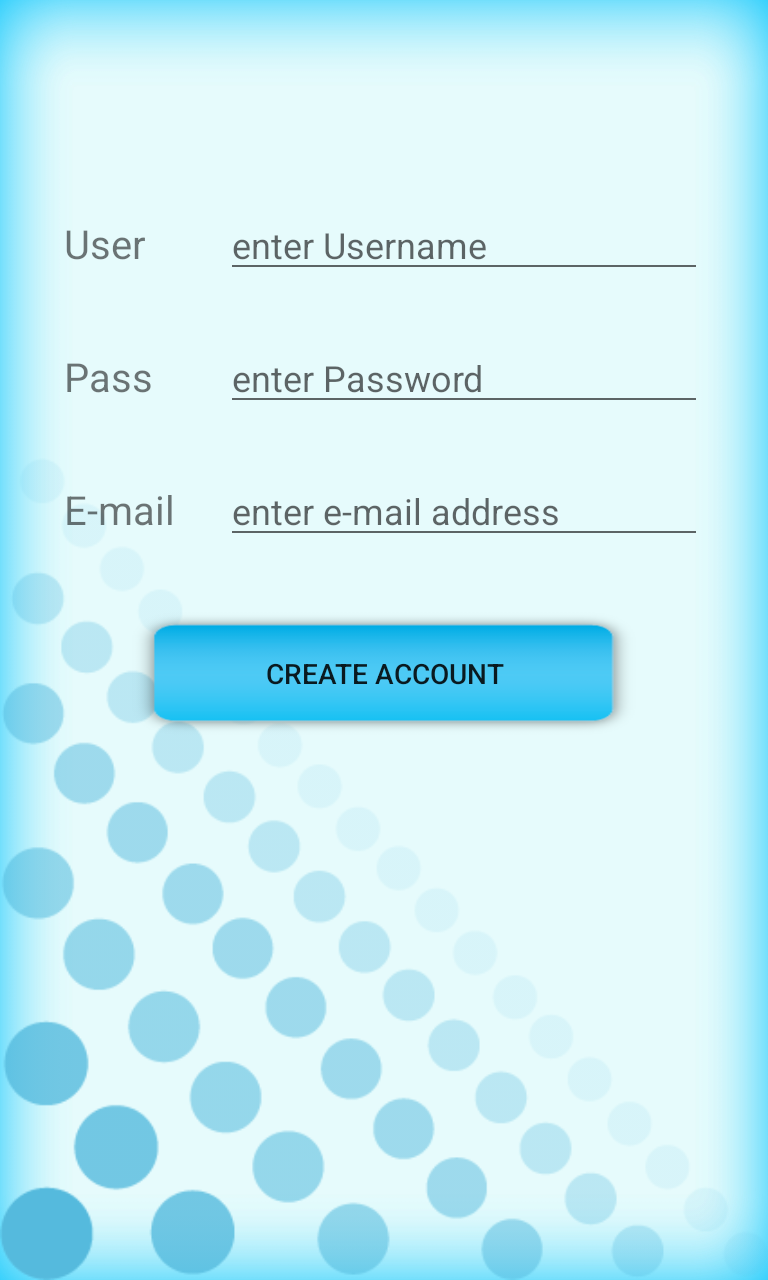
Repository: frebblegameteam/FrebbleApp
Layout: Frebble/res/layout/activity_sign_up.xml
The author's editor kept a copy of each file at every save. The layout is drawn from the files as they stood at one save, then again after the next save.
It is drawn on a 768 x 1280 px phone screen (xhdpi) without system bars, with theme FrebbleABTheme; the app's code is not run.

Above is the layout before, as saved 2014-10-09 13:15:40.

### Frebble/res/layout/activity_sign_up.xml
<RelativeLayout xmlns:android="http://schemas.android.com/apk/res/android"
    xmlns:tools="http://schemas.android.com/tools"
    android:layout_width="match_parent"
    android:layout_height="match_parent"
    android:background="@drawable/background" >

    <ImageView
        android:id="@+id/imageView1"
        android:layout_width="wrap_content"
        android:layout_height="wrap_content"
        android:layout_alignParentBottom="true"
        android:layout_alignParentLeft="true"
        android:adjustViewBounds="true"
        android:src="@drawable/balletjes" />

    <RelativeLayout
        android:layout_width="wrap_content"
        android:layout_height="wrap_content"
        android:paddingLeft="@dimen/activity_horizontal_margin"
        android:paddingRight="@dimen/activity_horizontal_margin"
        tools:context="com.hollandhaptics.frebble.SignUpActivity" >

	<LinearLayout
        android:id="@+id/L00"
        android:layout_width="match_parent"
        android:layout_height="wrap_content"
        android:layout_marginTop="100dp"
        android:orientation="horizontal">

        <TextView android:layout_width="0dp"
       		android:layout_weight="1"
        	android:layout_height="wrap_content"
        	android:textSize="20sp"
        	android:text="@string/User"/>

        <EditText android:id="@+id/userField"
    	    android:layout_width="0dp"
        	android:layout_weight="3"
        	android:layout_height="wrap_content"
        	android:hint="@string/userHint"/>
        </LinearLayout>

        <LinearLayout android:id="@+id/L01"
        android:layout_width="match_parent"
        android:layout_height="wrap_content"
        android:layout_below="@id/L00"
        android:layout_marginTop="25dp"
        android:orientation="horizontal">

        <TextView android:layout_width="0dp"
            android:layout_weight="1"
        	android:layout_height="wrap_content"
        	android:textSize="20sp"
        	android:text="@string/Password"/>

        <EditText android:id="@+id/passwordField"
            android:inputType="textPassword"
            android:layout_width="0dp"
        	android:layout_weight="3"
        	android:layout_height="wrap_content"
        	android:hint="@string/passwordHint"/>
        </LinearLayout>

        <LinearLayout android:id="@+id/L02"
        android:layout_width="match_parent"
        android:layout_height="wrap_content"
        android:layout_below="@id/L01"
        android:layout_marginTop="25dp"
        android:orientation="horizontal">

        <TextView android:layout_width="0dp"
            android:layout_weight="1"
        	android:layout_height="wrap_content"
        	android:textSize="20sp"
        	android:text="@string/Email"/>

        <EditText android:id="@+id/emailField"
            android:inputType="textEmailAddress"
            android:layout_width="0dp"
        	android:layout_weight="3"
        	android:layout_height="wrap_content"
        	android:hint="@string/emailHint"/>
        </LinearLayout>

        <Button
            android:id="@+id/createAccButton"
            android:layout_width="256dp"
            android:layout_height="64dp"
            android:layout_below="@id/L02"
            android:layout_centerHorizontal="true"
            android:layout_marginTop="30dp"
            android:background="@drawable/button"
            android:text="@string/createAccText" />

	</RelativeLayout>



</RelativeLayout>

### Frebble/res/values/styles.xml
<resources xmlns:android="http://schemas.android.com/apk/res/android">

    <!--
        Base application theme, dependent on API level. This theme is replaced
        by AppBaseTheme from res/values-vXX/styles.xml on newer devices.
    -->
    <style name="AppBaseTheme" parent="Theme.AppCompat.Light">
        <!--
            Theme customizations available in newer API levels can go in
            res/values-vXX/styles.xml, while customizations related to
            backward-compatibility can go here.
        -->
    </style>

    <!-- Application theme. -->
    <style name="AppTheme" parent="AppBaseTheme">
        <!-- All customizations that are NOT specific to a particular API-level can go here. -->
    </style>

    <style name="FrebbleABTheme"
        parent="Theme.AppCompat.Light">
        <item name="android:actionBarStyle">@style/frebbleABStyle </item>
    </style>

    <style name="frebbleABStyle"
        parent="@android:style/Widget.Holo.Light.ActionBar.Solid.Inverse">
        <item name="android:background">@drawable/balk</item>

    </style>


</resources>

### Frebble/res/values/strings.xml
<?xml version="1.0" encoding="utf-8"?>
<resources>


    <string name="action_settings">Settings</string>
    <string name="User">User</string>
    <string name="userHint">enter Username</string>
    <string name="Password">Pass</string>
    <string name="passwordHint">enter Password</string>
    <string name="loginText">Log in</string>
    <string name="noAccount">No account?</string>
    <string name="signupText">Sign up</string>
    <string name="title_activity_sign_up">Sign up</string>
    <string name="Email">E-mail</string>
    <string name="emailHint">enter e-mail address</string>
    <string name="createAccText">Create Account</string>
    <string name="title_activity_settings">Settings</string>
    <string name="connectInfo">Enter partner\'s ID or e-mail</string>
    <string name="connectHint">ID or e-mail</string>
    <string name="OK">OK</string>
    <string name="Logout">Log out</string>
    <string name="Cancel">Cancel</string>
    <string name="title_activity_connect">Connect</string>
    <string name="placeholderSettings">Settings</string>
    <string name="placeholderConnect">Connect</string>
    <string name="title_activity_home">Frebble</string>
    <string name="homeInfo">tap "connect" button to start connecting</string>
    <string name="title_activity_notification_handler">NotificationHandler</string>
    <string name="hello_world">Hello world!</string>

</resources>

Loaded but not shown: Frebble/res/values-w820dp/dimens.xml (common file); Frebble/res/values/dimens.xml (common file)

After the next save:
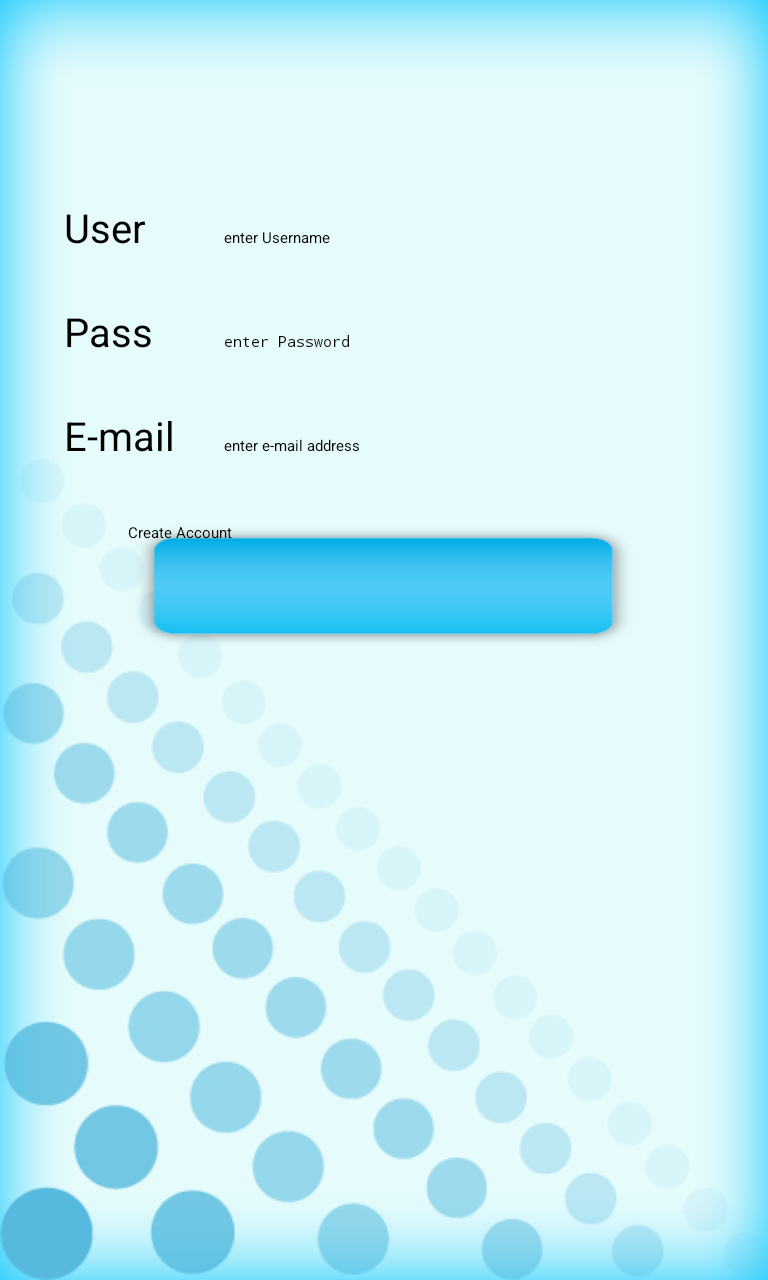
Saved 107 s later.
--- a/Frebble/res/values/styles.xml
+++ b/Frebble/res/values/styles.xml
@@ -17,14 +17,16 @@
         <!-- All customizations that are NOT specific to a particular API-level can go here. -->
     </style>
 
+     <style name="frebbleABStyle"
+        parent="@android:style/Widget.Holo.Light.ActionBar.Solid.Inverse">
+        <item name="android:background">@drawable/balk</item>
+
     <style name="FrebbleABTheme"
         parent="Theme.AppCompat.Light">
         <item name="android:actionBarStyle">@style/frebbleABStyle </item>
     </style>
 
-    <style name="frebbleABStyle"
-        parent="@android:style/Widget.Holo.Light.ActionBar.Solid.Inverse">
-        <item name="android:background">@drawable/balk</item>
+
 
     </style>
 

After the save that followed:
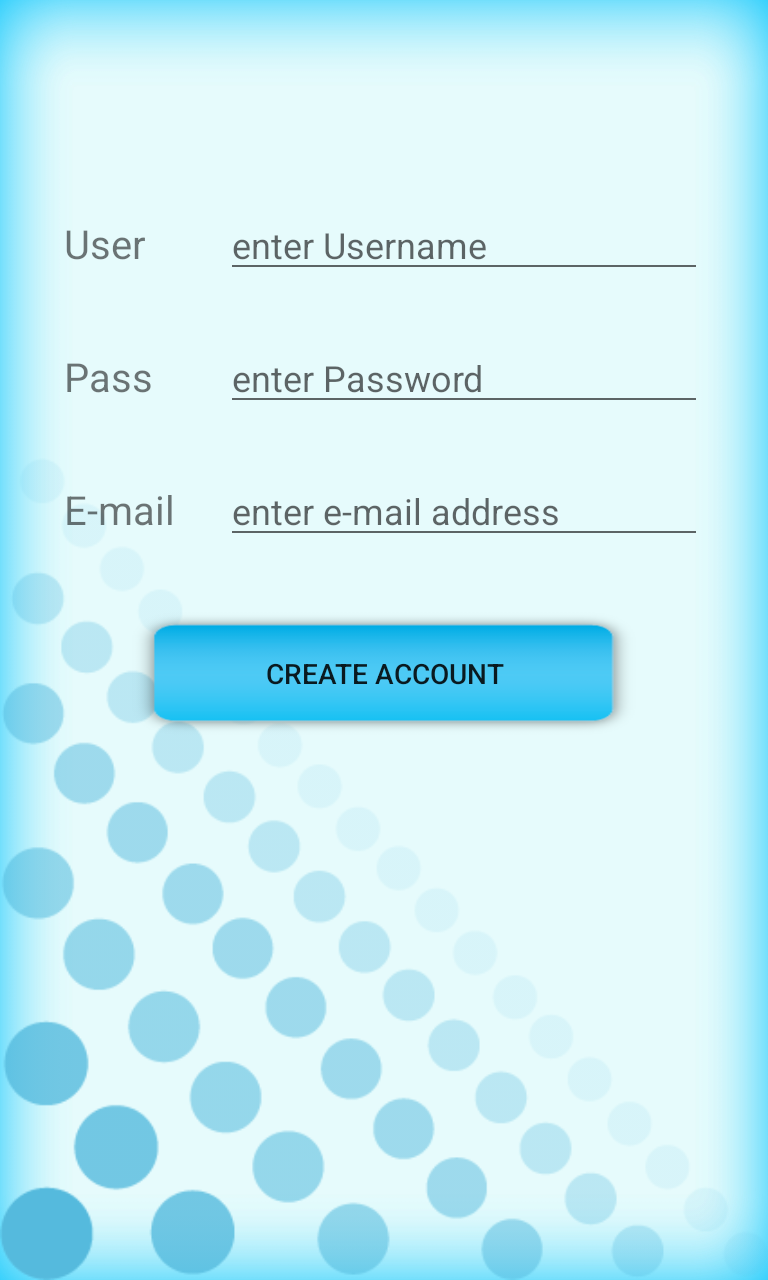
Saved 20 s later.
--- a/Frebble/res/values/styles.xml
+++ b/Frebble/res/values/styles.xml
@@ -20,6 +20,7 @@
      <style name="frebbleABStyle"
         parent="@android:style/Widget.Holo.Light.ActionBar.Solid.Inverse">
         <item name="android:background">@drawable/balk</item>
+        </style>
 
     <style name="FrebbleABTheme"
         parent="Theme.AppCompat.Light">
@@ -28,7 +29,7 @@
 
 
 
-    </style>
+
 
 
 </resources>
